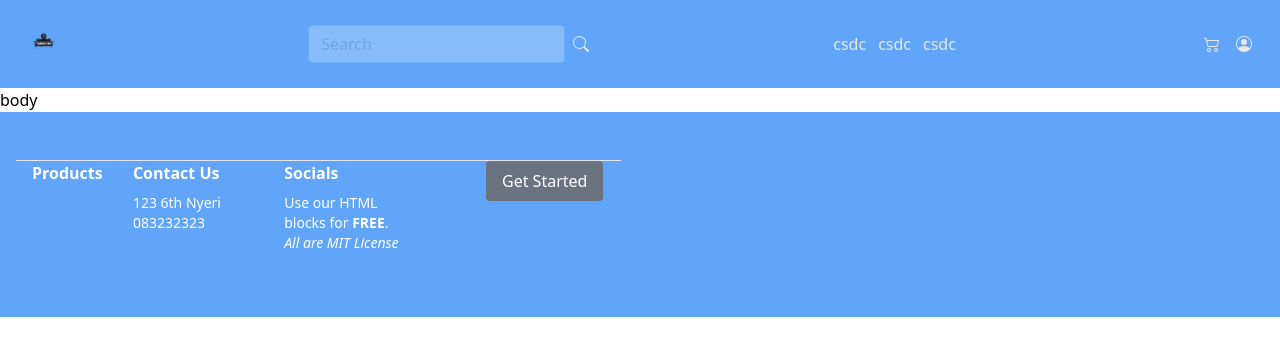
Repository: DevLaukey/Jitu-final
Page: / (app in frontend/)
These files come from the project's save history. The page is drawn as it stood at one moment and after the next save; the edit follows.
The browser window is 1280 px wide. The pictures show the whole page.
The project was rebuilt for these pictures with package versions that can differ from the ones it lists, and the page was loaded fresh each time.

Above is the page before, as saved 2022-07-13 14:18:37.

After the next save:
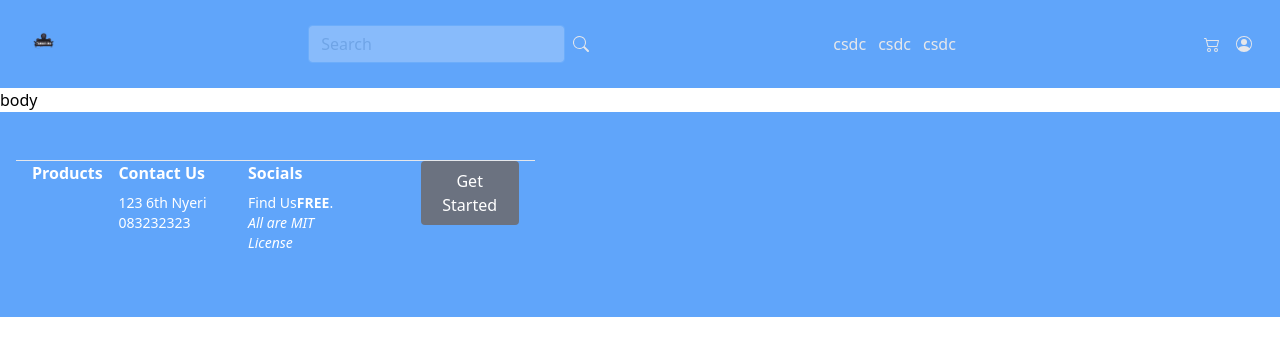
Saved 70 s later.
--- a/frontend/src/components/Footer.js
+++ b/frontend/src/components/Footer.js
@@ -2,7 +2,7 @@ import React from "react";
 
 function Footer() {
   return (
-      <footer class="footer-1  bottom-0 text-white bg-blue-400 py-8 sm:py-12">
+      <footer class="footer-1 flex-end bottom-0 text-white bg-blue-400 py-8 sm:py-12">
       <div class="container flex mx-auto px-4 ">
 
         <div class="sm:flex sm:flex-wrap border-t">
@@ -20,7 +20,9 @@ function Footer() {
           <div class="px-4 sm:w-1/2 md:w-1/4 mt-4 md:mt-0">
             <h6 class="font-bold mb-2">Socials</h6>
             <p class="mb-4 text-sm">
-              Use our HTML blocks for <strong>FREE</strong>.<br />
+                          Find Us
+
+                          <strong>FREE</strong>.<br />
               <em>All are MIT License</em>
             </p>
           </div>
